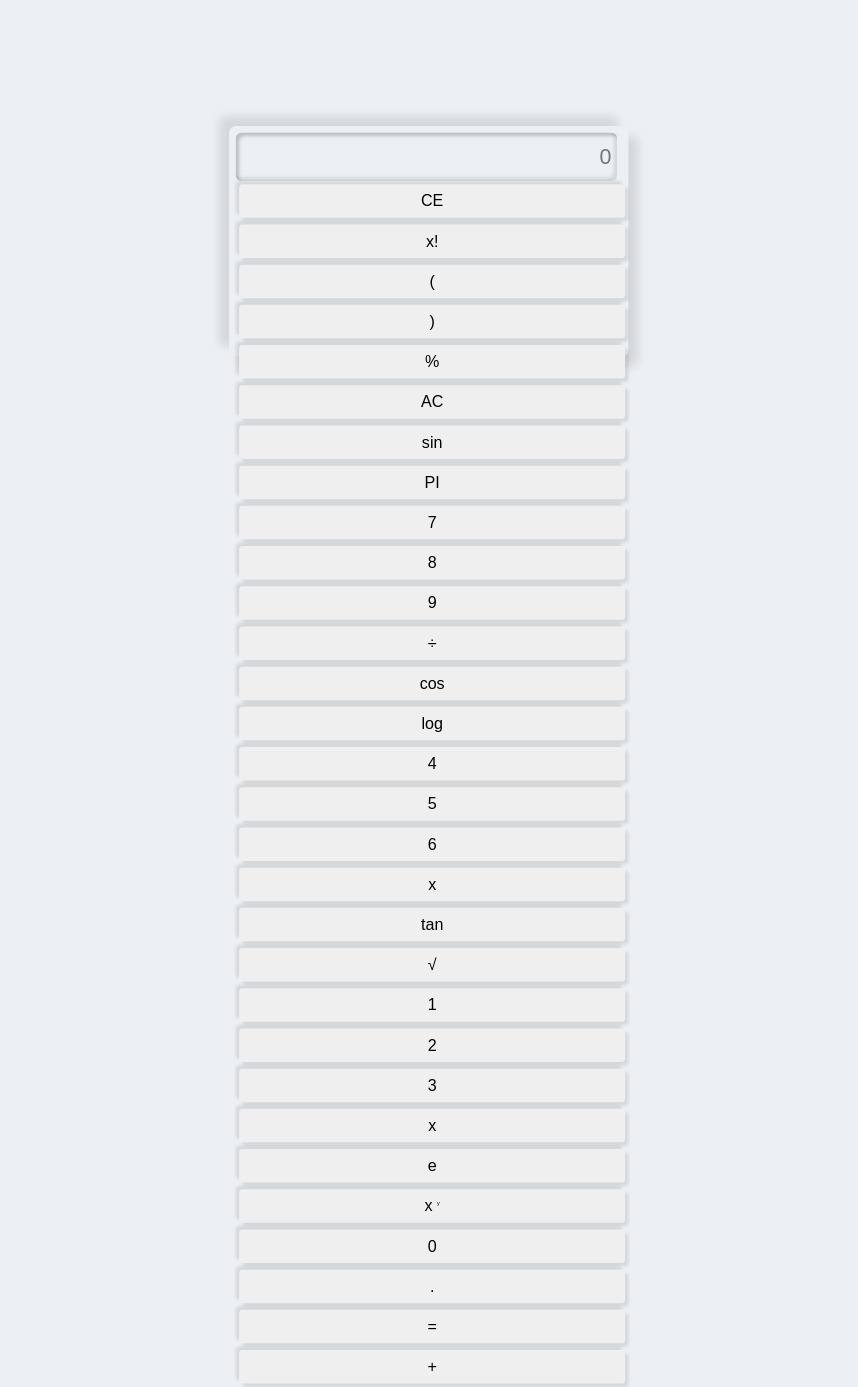
Repository: Haakim19/Scientific-Calculator
Page: intex.html
An editor plug-in stored every save of this project. The page is shown before and after the next save, followed by the edit.
The browser window is 1280 px wide. The pictures show the whole page, at 67% of full size.

Above is the page before, as saved 2024-10-27 12:05:49.

After the next save:
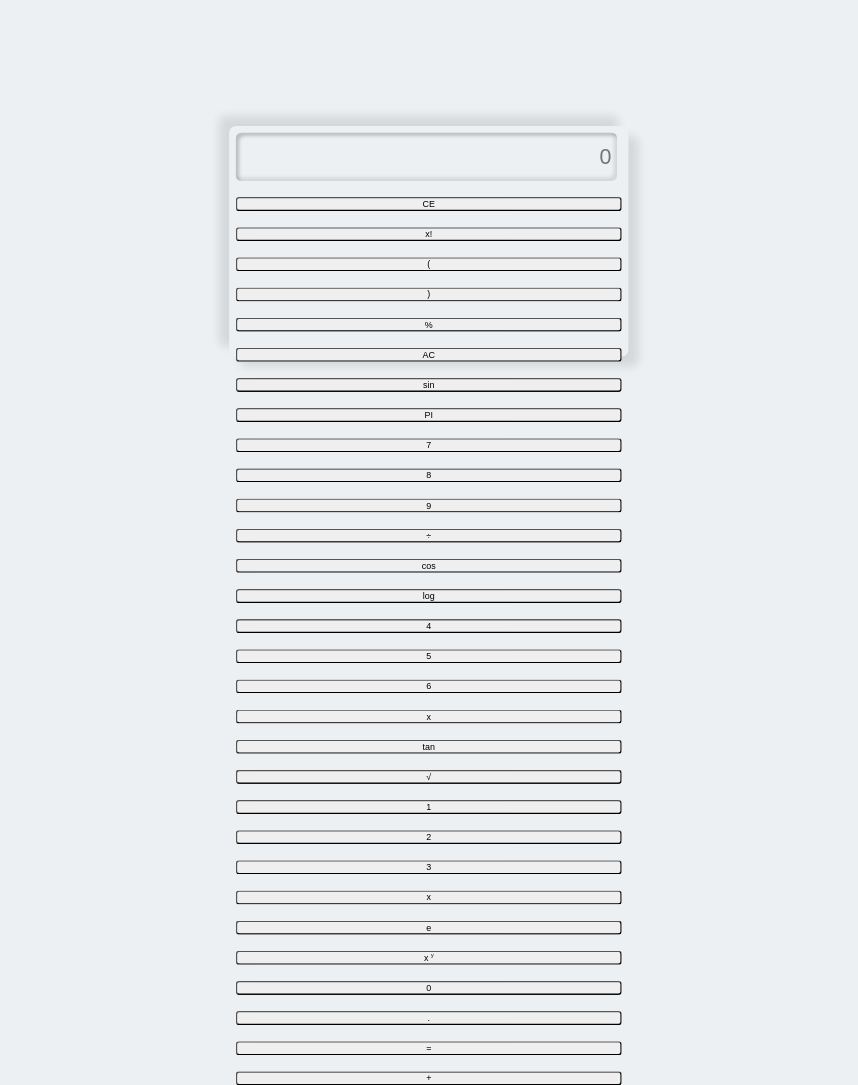
Saved 41 s later.
--- a/Style.css
+++ b/Style.css
@@ -36,13 +36,7 @@ body{
 
 .btns button{
     width: 100%;
-    height: 50px;
-    margin: 5px;
-    font-size: 1.5em;
-    border: none;
-    outline: none;
     cursor: pointer;
     border-radius: 5px;
-    box-shadow: 5px 5px 5px rgba(0, 0, 0, 0.1),
-                -5px -5px 5px rgba(0, 0, 0, 0.1);
+    margin-top: 1.5rem;
 }
